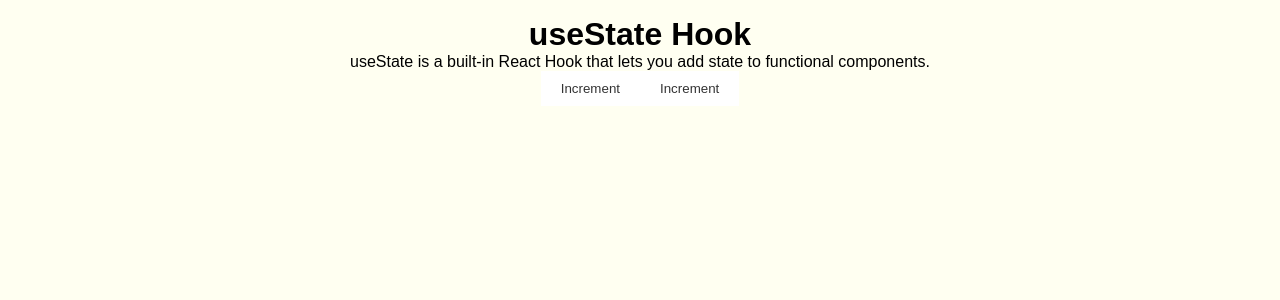
Repository: Muskan1Kumari4draw/React-app-with-concept
Page: /
These files come from the project's save history. The page is drawn as it stood at one moment and after the next save; the edit follows.
The browser window is 1280 px wide. The pictures show the whole page.
The project was rebuilt for these pictures with package versions that can differ from the ones it lists, and the page was loaded fresh each time.

Above is the page before, as saved 2024-10-02 11:27:34.

After the next save:
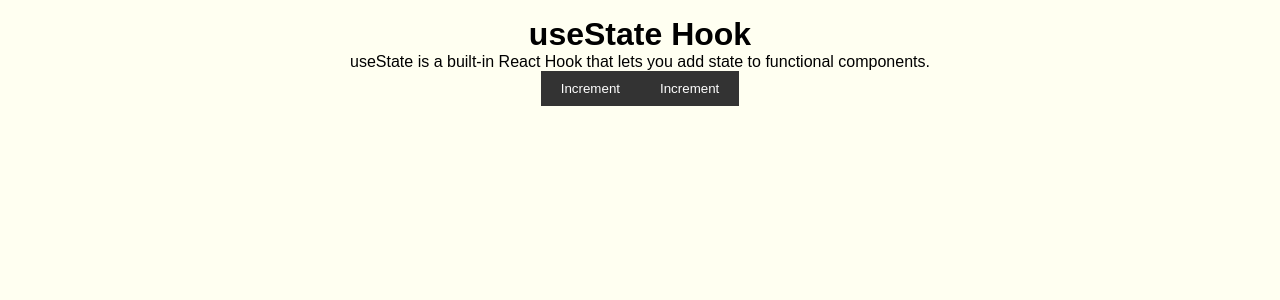
Saved 22 s later.
--- a/src/component/Basic/style.css
+++ b/src/component/Basic/style.css
@@ -253,8 +253,8 @@ body {
 }
 /* hooke */
 .btn {
-  color: #333;
-  background-color: #fff;
+  background-color: #333;
+  color: #fff;
   border: #333;
   padding: 10px 20px;
 }
